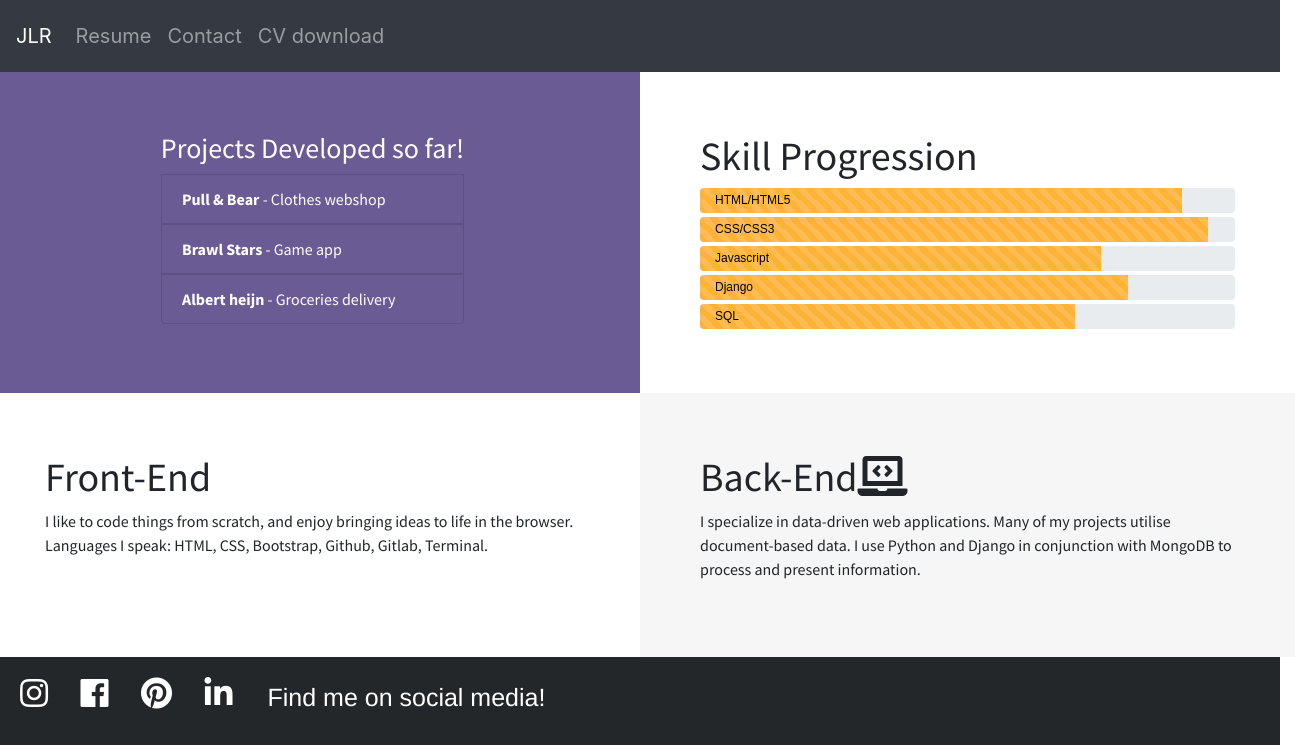
Repository: Kawaiisaki/Portfolio-site
Page: resume.html
The author's editor kept a record of every edit. The page is drawn from the files as they stood at one moment, then again after the next edit.
The browser window is 1280 px wide. The page is 1295 px wide, so the pictures cover 1295 px, including what lies to the right of the window. The pictures show the whole page.
Some web libraries are served in a nearby version.

Above is the page before.

### resume.html
<!DOCTYPE html>
<html lang="en">

<head>
    <meta charset="UTF-8">
    <meta name="viewport" content="width=device-width, initial-scale=1.0">
    <meta http-equiv="X-UA-Compatible" content="ie=edge">
    <link rel="stylesheet" href="https://maxcdn.bootstrapcdn.com/bootstrap/4.2.1/css/bootstrap.min.css" type="text/css" />
    <link rel="stylesheet" href="https://use.fontawesome.com/releases/v5.0.10/css/all.css" integrity="sha384-+d0P83n9kaQMCwj8F4RJB66tzIwOKmrdb46+porD/OvrJ+37WqIM7UoBtwHO6Nlg" crossorigin="anonymous">
    <link rel="stylesheet" href="https://cdnjs.cloudflare.com/ajax/libs/hover.css/2.3.1/css/hover-min.css" type="text/css" />
    <link rel="stylesheet" href="assets/css/style.css" type="text/css" />
    <title>Resume</title>
</head>

<body>
    <header>

        <nav class="navbar sticky-top navbar-expand-lg navbar-dark bg-dark">
            <a class="navbar-brand" href="index.html">JLR</a>
            <button class="navbar-toggler" type="button" data-toggle="collapse" data-target="#navbarSupportedContent" aria-controls="navbarSupportedContent" aria-expanded="false" aria-label="Toggle navigation">
    <span class="navbar-toggler-icon"></span>
  </button>

            <div class="collapse navbar-collapse" id="navbarSupportedContent">
                <ul class="navbar-nav navbar-brand mr-auto">
                    <li class="nav-item">
                        <a class="nav-link" href="resume.html">Resume</a>
                    </li>
                    <li class="nav-item">
                        <a class="nav-link" href="contact.html">Contact</a>
                    </li>
                    <li class="nav-item">
                        <a class="nav-link" href="#">CV download</a>
                    </li>
                </ul>
            </div>
        </nav>
    </header>
    <section>
        <div class="container-fluid">
            <div class="row">
                <div class="col projects">
                    <h3 class="text-center">Projects Developed so far!</h3>
                    <div class="container project-list">
                        <a class="list-group list-group-flush">
                            <a href="https://www.pullandbear.com/" target="_blank" class="list-group-item project-item"><strong>Pull & Bear</strong> - Clothes webshop</a>
                        <a href="https://play.google.com/store/apps/details?id=com.supercell.brawlstars&gl=NL" target="_blank" class="list-group-item project-item"><strong>Brawl Stars</strong> - Game app</a>
                        <a href="https://www.ah.nl/?gclid=CjwKCAiAqqTuBRBAEiwA7B66hWiQgrnYQJU3PeLNCPiqaegNcN4MoA1vTRGlp7dA6K88ZnaGVRotXBoCbbMQAvD_BwE&gclsrc=aw.ds" target="_blank" class="list-group-item project-item"><strong>Albert heijn</strong> - Groceries delivery</a>
                        </ul>
                    </div>
                </div>
                <div class="col bar-skills">
                    <h1 class="skill-progression">Skill Progression</h1>
                    <div class="progress">
                        <div class="progress-bar progress-bar-striped" role="progressbar" style="width: 90%" aria-valuenow="90" aria-valuemin="0" aria-valuemax="100"></div>
                        <span class="progres-skill">HTML/HTML5</span>
                    </div>
                    <div class="progress">
                        <div class="progress-bar progress-bar-striped" role="progressbar" style="width: 95%" aria-valuenow="95" aria-valuemin="0" aria-valuemax="100"></div>
                        <span class="progres-skill">CSS/CSS3</span>
                    </div>
                    <div class="progress">
                        <div class="progress-bar progress-bar-striped" role="progressbar" style="width: 75%" aria-valuenow="75" aria-valuemin="0" aria-valuemax="100"></div>

                        <span class="progres-skill">Javascript</span></div>
                    <div class="progress">
                        <div class="progress-bar progress-bar-striped" role="progressbar" style="width: 80%" aria-valuenow="80" aria-valuemin="0" aria-valuemax="100"></div>
                        <span class="progres-skill">Django</span>
                    </div>
                    <div class="progress">
                        <div class="progress-bar progress-bar-striped" role="progressbar" style="width: 70%" aria-valuenow="70" aria-valuemin="0" aria-valuemax="100"></div>
                        <span class="progres-skill">SQL</span>
                    </div>
                </div>
            </div>
        </div>
    </section>
    <section>
        <div class="container-fluid">
            <div class="row">
                <div class="col front-end">
                    <h1>Front-End</h1>
                    <p>I like to code things from scratch, and enjoy bringing ideas to life in the browser. Languages I speak: HTML, CSS, Bootstrap, Github, Gitlab, Terminal.
                    </p>

                </div>
                <div class="col back-end">
                    <h1>Back-End<i class="fas fa-laptop-code"></i></h1>
                    <p>I specialize in data-driven web applications. Many of my projects utilise document-based data. I use Python and Django in conjunction with MongoDB to process and present information.</p>
                </div>
            </div>
    </section>
    <footer>
        <div class="container-fluid social-icons">
            <div class="row no-gutters ">
                <div class="col-md-auto">
                    <ul class="list-inline social-media-icons">
                        <li class="list-inline-item">
                            <a target="_blank" href="https://www.instagram.com/thekawaiisaki/">
                                <i class="fab fa-instagram fa-2x" aria-hidden="true"></i>
                                <span class="sr-only">Instagram</span>
                            </a>
                        </li>
                        <li class="list-inline-item">
                            <a target="_blank" href="https://www.facebook.com/joellojedorosso">
                                <i class="fab fa-facebook fa-2x"  aria-hidden="true"></i>
                                <span class="sr-only">Facebook</span>
                            </a>
                        </li>
                        <li class="list-inline-item">
                            <a target="_blank" href="https://nl.pinterest.com/jlojedorosso/">
                                <i class="fab fa-pinterest fa-2x" aria-hidden="true"></i>
                                <span class="sr-only">Pinterest</span>
                            </a>
                        </li>
                        <li class="list-inline-item">
                            <a target="_blank" href="https://www.linkedin.com/in/joellojedorosso/">
                                <i class="fab fa-linkedin-in fa-2x" aria-hidden="true"></i>
                                <span class="sr-only">Instagram</span>
                            </a>
                        </li>
                    </ul>
                </div>
                <div class="col">
                    <div>
                        <h3 class="social-text">Find me on social media!</h3>
                    </div>
                </div>
            </div>
        </div>
    </footer>
</body>

</html>

### assets/css/style.css
@import url('https://fonts.googleapis.com/css?family=Source+Sans+Pro:100,200,300,400,500,600,700,800,900&display=swap');

.container-fluid {
  padding-left: 0;
  padding-right: 0;
}

/*---------------------------------------Callout*/

.callout-container {
  height: 88vh;

  background: url('../images/joelgrey.jpg') no-repeat center center fixed;
  -webkit-background-size: cover;
  -moz-background-size: cover;
  -o-background-size: cover;
  background-size: cover;

  display: flex;
  align-items: center;
  justify-content: center;

  position: relative;
}

.transparant-overlay {
  position: absolute;
  top: 0;
  left: 0;
  width: 100%;
  height: 100%;
  background-color: rgba(0, 0, 0, 0.4)
}

.jumbotron {
  background-color: transparent;
}

.name {
  font-family: "Source Sans Pro", sans-serif;
  color: white;
  font-weight: 400;
  margin-bottom: 10px;
  text-shadow: 2px 2px rgba(0, 0, 0, 0.5);
}

.lead {
  color: #ffffff;
  margin: 10px;
  text-decoration: overline;
  text-shadow: 2px 2px rgba(0, 0, 0, 0.5);
}

.fa-code {
  color: #fff;
  text-shadow: 2px 2px rgba(0, 0, 0, 0.5);
}

/*---------------------------------------About-Personal-*/

.about-container {
  height: 50vh;

  background: url('../images/laptop.jpg') no-repeat center center fixed;
  -webkit-background-size: cover;
  -moz-background-size: cover;
  -o-background-size: cover;
  background-size: cover;

  display: flex;
  align-items: center;
  justify-content: center;

  position: relative;
}

.subtitle {
  margin-left: 30px;
  font-family: "helvetica", sans-serif;
  font-weight: 200;
}

.key {
  font-family: "Source Sans Pro", sans-serif;
  padding-left: 30px;
  display: inline-block;
  font-size: 20px;
  width: 33%;
  vertical-align: top;
}

.value {
  display: inline-block;
  font-size: 15px;
  width: 33%;
}

.personal-info {
  padding: 20px;
  background-color: #feb236;
  display: block;
  clear: both;
}


.introduction {
  padding: 20px;
  background-color: #fff;
}

.introduction p {
  margin-left: 30px;
}

.about-me {
  font-family: "Source Sans Pro", sans-serif;
  margin-left: 30px;
}

.fa-user,
.fa-address-card {
  padding-left: 20px;
}

.fa-user {
  color: #feb236;
}

.introduction a {
  margin-left: 30px;
}

/*---------------------------------------Footer*/

.social-text {
  color: #fff;
  font-family: "Helvetica", sans-serif;
  font-weight: 400;
  font-size: 25px;
  padding-top: 15px;
  padding-left: 25px;
}

footer {
  background-color: #24272a;
  min-height: 50px;
  padding: 10px;
}

.social-media-icons li i {
  color: #fff;
  margin: 10px;
}

/*---------------------------------------Additional*/

.uppercase {
  text-transform: uppercase;
}

/*---------------------------------------About page*/

.fa-file-code,
.fa-cogs,
.fa-tasks {
  padding-left: 20px;
}

.white-text {
  color: #fff;
}

/*---------------------------------------About bg colors*/

.what-bg-color {
  background-color: #6b5b95;
}

.how-bg-color {
  background-color: #fff;
}

.why-bg-color {
  background-color: #feb236;
}

/*---------------------------------------Resume page*/

.projects {
  background-color: #6b5b95;
  color: #fff;
  font-family: "Source Sans Pro", sans-serif;
  max-width: 50%;
  padding: 60px;
}

.list-group-item {
  background-color: transparent;
}

.project-item {
  color: #fff;
  text-decoration: none;
  max-width: 60%;
  margin: auto;
}

.project-item:hover {
  text-decoration: none;
  color: #feb236;
}

.front-end,
.back-end {
  font-family: "Source Sans Pro", sans-serif;
  padding: 60px;
}

.back-end {
  background-color: #f6f6f6;
}

.fa-laptop {
  padding-left: 20px;
}

/*---------------------------------------Progress bars*/

.skill-progression {
  font-family: "Source Sans Pro", sans-serif;
}

.progress {
  position: relative;
  margin-bottom: 4px;
  height: 25px;
}

.progres-skill {
  font-family: "Sans Source Pro", sans-serif;
  position: absolute;
  left: 5px;
  font-weight: 400;
  padding: 3px 30px 2px 10px;
  color: #000;
}

.bar-skills {
  margin: auto;
  max-width: 80%;
  padding: 60px;
}

.progress-bar-striped {
  background-color: #feb236;
}

/*---------------------------------------contact page*/

.contact-heading {
  margin: 50px;
}

.contact-title,
.contact-me {
  font-family: "Source Sans Pro", sans-serif;
}

.contact-title {
  font-weight: 200;
}

.btn-primary {
  background-color: #feb236;
  color: #000;
}

button {
  margin: 20px;
}

.form-placement {
  padding-top: 20px;
  max-width: 40%;
  margin: auto;
}

After the next edit:
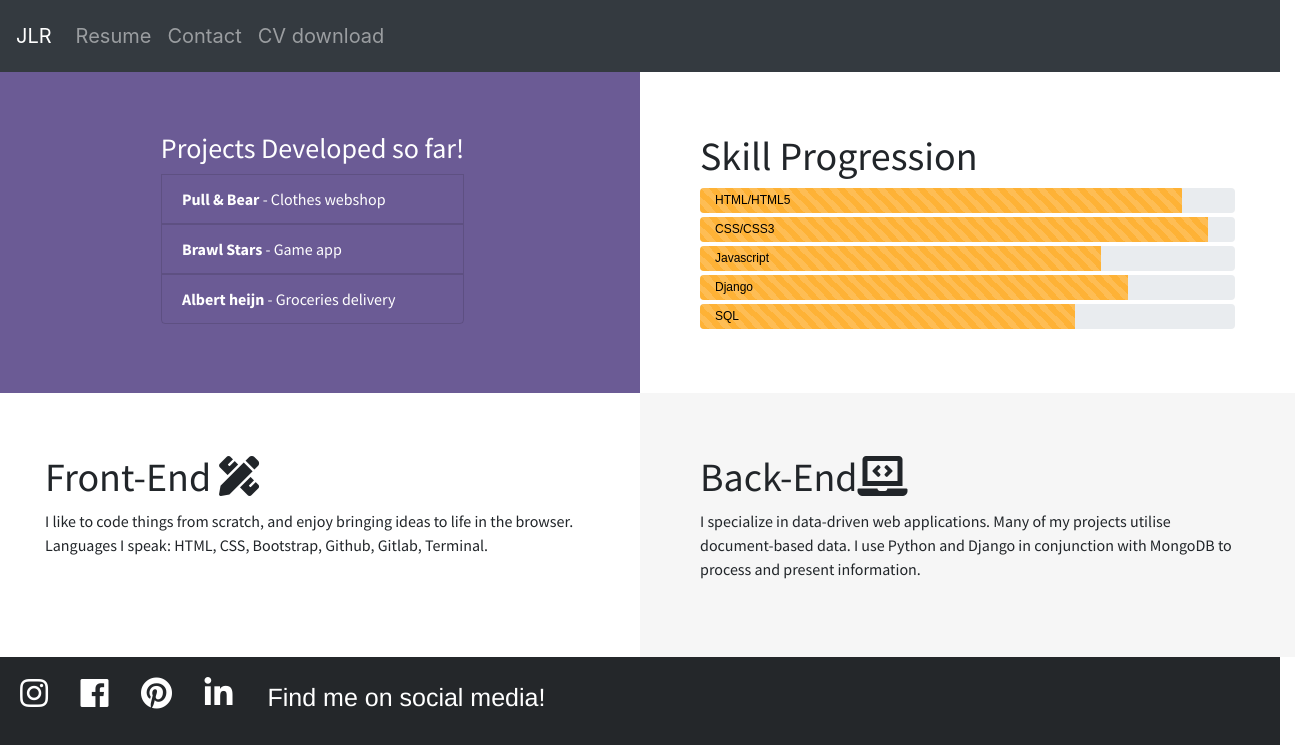
The edit:
--- a/resume.html
+++ b/resume.html
@@ -79,7 +79,7 @@
         <div class="container-fluid">
             <div class="row">
                 <div class="col front-end">
-                    <h1>Front-End</h1>
+                    <h1>Front-End <i class="fas fa-pencil-ruler"></i></h1>
                     <p>I like to code things from scratch, and enjoy bringing ideas to life in the browser. Languages I speak: HTML, CSS, Bootstrap, Github, Gitlab, Terminal.
                     </p>
 
